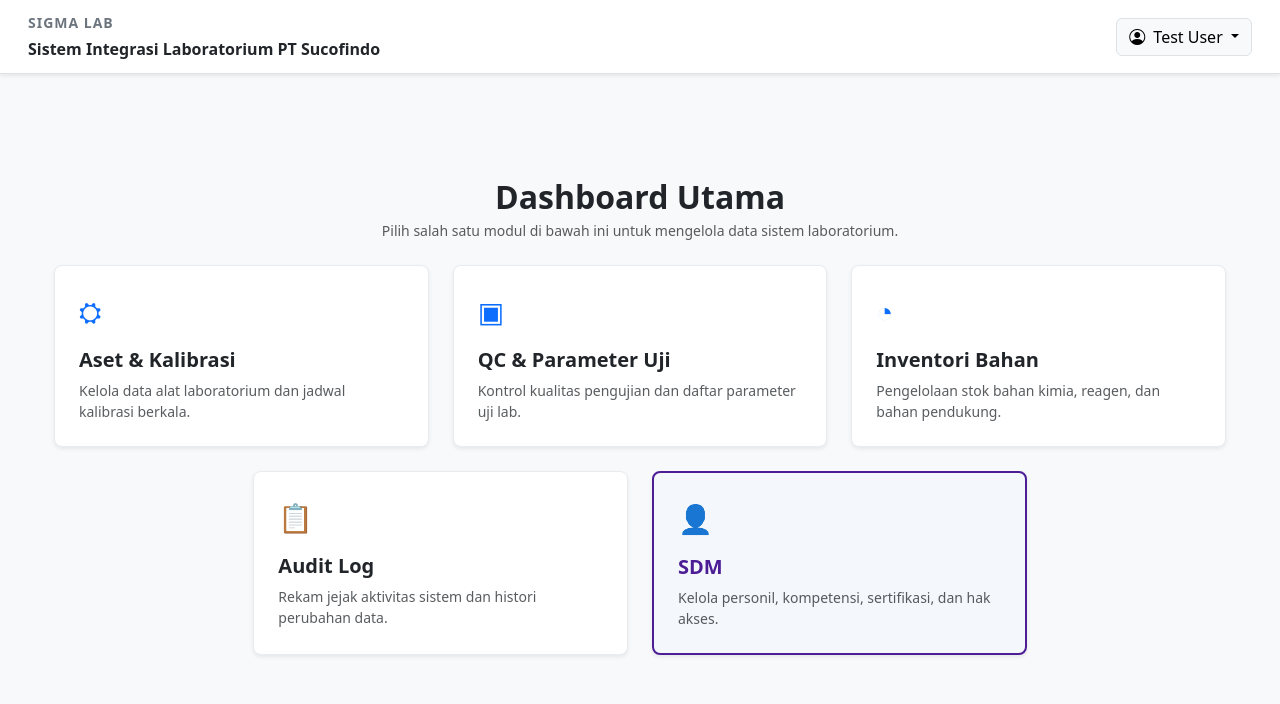
Repository: amelianeesa/sigmalab
Page: http://localhost/dashboard
An editor plug-in stored every save of this project. The page is shown before and after the next save, followed by the edit.
The browser window is 1280 px wide. The pictures show the whole page.
The page is served by the project's Laravel application, run on PHP 8.4 with Laravel 12. A made-up administrator, Test User (test@example.com), is signed in. Other server files are loaded and not shown.

Above is the page before, as saved 2026-08-06 11:55:29.

### routes/web.php
<?php

use Illuminate\Support\Facades\Route;
use App\Http\Controllers\AuthController;
use App\Http\Controllers\SdmController;

Route::get('/', [AuthController::class, 'showLogin']);
Route::get('/login', [AuthController::class, 'showLogin'])->name('login');
Route::post('/login', [AuthController::class, 'processLogin'])->name('login.process');

Route::get('/register', [AuthController::class, 'showRegister'])->name('register');
Route::post('/register', [AuthController::class, 'processRegister'])->name('register.process');

Route::post('/logout', [AuthController::class, 'logout'])->name('logout');

Route::middleware(['auth'])->group(function () {

    Route::get('/dashboard', function () {
        return view('dashboard-index');
    })->name('dashboard');

    Route::get('/sdm', [SdmController::class, 'index'])->name('sdm.index');
    Route::get('/sdm/create', [SdmController::class, 'create'])->name('sdm.create');
    Route::post('/sdm', [SdmController::class, 'store'])->name('sdm.store');
    Route::get('/sdm/{id}/edit', [SdmController::class, 'edit'])->name('sdm.edit');
    Route::put('/sdm/{id}', [SdmController::class, 'update'])->name('sdm.update');
    Route::delete('/sdm/{id}', [SdmController::class, 'destroy'])->name('sdm.destroy');
    Route::patch('/sdm/{id}/aktifkan', [SdmController::class, 'activate'])->name('sdm.activate');
    Route::delete('/sdm/{id}/permanen', [SdmController::class, 'forceDestroy'])->name('sdm.force-destroy');

    Route::get('/sdm/{id}/kompetensi', [SdmController::class, 'kompetensiDetail'])->name('sdm.kompetensi.detail');
    Route::post('/sdm/{id}/kompetensi', [SdmController::class, 'storeKompetensi'])->name('sdm.kompetensi.store');
    Route::put('/sdm/{id}/kompetensi/{kompetensiId}', [SdmController::class, 'updateKompetensi'])->name('sdm.kompetensi.update');
    Route::delete('/sdm/{id}/kompetensi/{kompetensiId}', [SdmController::class, 'destroyKompetensi'])->name('sdm.kompetensi.destroy');
    Route::get('/sdm/{id}/cv', [SdmController::class, 'showCv'])->name('sdm.cv');
});

### app/Models/User.php
<?php

namespace App\Models;

use Illuminate\Database\Eloquent\Factories\HasFactory;
use Illuminate\Foundation\Auth\User as Authenticatable;
use Illuminate\Notifications\Notifiable;

class User extends Authenticatable
{
    use HasFactory, Notifiable;

    protected $table = 'users';
    protected $primaryKey = 'users_id';

    protected $fillable = [
        'personil_id',
        'username',
        'email',
        'password',
        'role_id',
        'status_aktif',
    ];

    protected $hidden = [
        'password',
    ];

    public function personil()
    {
        return $this->belongsTo(Personil::class, 'personil_id', 'personil_id');
    }

    public function role()
    {
        return $this->belongsTo(Role::class, 'role_id', 'roles_id');
    }
}

### resources/views/dashboard-index.blade.php
@extends('layouts.app')

@section('content')
<div class="container-fluid px-4 py-4 sdm-theme">

    <!-- Header opsional -->
    <div class="mb-4 text-center">
        <h2 class="fw-bold mb-1">Dashboard Utama</h2>
        <p class="text-muted small">Pilih salah satu modul di bawah ini untuk mengelola data sistem laboratorium.</p>
    </div>

    <!-- Modul Tiles (Grid 3 kolom simetris) -->
    <div class="row g-4 justify-content-center">

        <!-- Aset & Kalibrasi -->
        <div class="col-12 col-sm-6 col-md-6 col-lg-4">
            <a href="#" class="text-decoration-none">
                <div class="card h-100 shadow-sm rounded-3 border border-light-subtle transition-card">
                    <div class="card-body p-4">
                        <div class="mb-3 module-icon text-primary">⛭</div>
                        <h5 class="fw-bold text-dark mb-2">Aset & Kalibrasi</h5>
                        <p class="text-muted small mb-0">Kelola data alat laboratorium dan jadwal kalibrasi berkala.</p>
                    </div>
                </div>
            </a>
        </div>

        <!-- QC & Parameter Uji -->
        <div class="col-12 col-sm-6 col-md-6 col-lg-4">
            <a href="#" class="text-decoration-none">
                <div class="card h-100 shadow-sm rounded-3 border border-light-subtle transition-card">
                    <div class="card-body p-4">
                        <div class="mb-3 module-icon text-primary">▣</div>
                        <h5 class="fw-bold text-dark mb-2">QC & Parameter Uji</h5>
                        <p class="text-muted small mb-0">Kontrol kualitas pengujian dan daftar parameter uji lab.</p>
                    </div>
                </div>
            </a>
        </div>

        <!-- Inventori Bahan -->
        <div class="col-12 col-sm-6 col-md-6 col-lg-4">
            <a href="#" class="text-decoration-none">
                <div class="card h-100 shadow-sm rounded-3 border border-light-subtle transition-card">
                    <div class="card-body p-4">
                        <div class="mb-3 module-icon text-primary">◔</div>
                        <h5 class="fw-bold text-dark mb-2">Inventori Bahan</h5>
                        <p class="text-muted small mb-0">Pengelolaan stok bahan kimia, reagen, dan bahan pendukung.</p>
                    </div>
                </div>
            </a>
        </div>

        <!-- Audit Log -->
        <div class="col-12 col-sm-6 col-md-6 col-lg-4">
            <a href="#" class="text-decoration-none">
                <div class="card h-100 shadow-sm rounded-3 border border-light-subtle transition-card">
                    <div class="card-body p-4">
                        <div class="mb-3 module-icon text-primary">📋</div>
                        <h5 class="fw-bold text-dark mb-2">Audit Log</h5>
                        <p class="text-muted small mb-0">Rekam jejak aktivitas sistem dan histori perubahan data.</p>
                    </div>
                </div>
            </a>
        </div>

        <!-- SDM Tile (Menu Utama) -->
        <div class="col-12 col-sm-6 col-md-6 col-lg-4">
            <a href="{{ route('sdm.index') }}" class="text-decoration-none">
                <div class="card h-100 shadow-sm rounded-3 border-2 transition-card sdm-highlight" style="background-color: var(--sdm-50);">
                    <div class="card-body p-4">
                        <div class="mb-3 module-icon sdm-icon">👤</div>
                        <h5 class="fw-bold mb-2 sdm-text">SDM</h5>
                        <p class="text-muted small mb-0">Kelola personil, kompetensi, sertifikasi, dan hak akses.</p>
                    </div>
                </div>
            </a>
        </div>

    </div>

</div>

<!-- CSS tambahan untuk efek transisi -->
<style>
    .transition-card {
        transition: transform 0.2s ease, box-shadow 0.2s ease;
    }
    .transition-card:hover {
        transform: translateY(-4px);
        box-shadow: 0 .5rem 1rem rgba(0,0,0,.1) !important;
    }
    .module-icon {
        font-size: 28px;
    }
</style>
@endsection

### resources/views/layouts/app.blade.php
<!DOCTYPE html>
<html lang="id">

<head>
    <meta charset="UTF-8">
    <title>Dashboard - SIGMALAB Sucofindo</title>
    <link href="https://cdn.jsdelivr.net/npm/bootstrap@5.3.0/dist/css/bootstrap.min.css" rel="stylesheet">
    <link href="https://cdn.jsdelivr.net/npm/bootstrap-icons@1.10.5/font/bootstrap-icons.css" rel="stylesheet">
    <style>
        body {
            background-color: #f8f9fa;
        }

        :root{
            --sdm-50: #f4f7fb;
            --sdm-500: #3c7ebd; /* fallback blue-ish */
            --sdm-600: #4c1d95; /* primary SDM purple used previously */
            --sdm-700: #2f1456;
        }

        #content {
            margin-left: 0;
            padding: 30px;
            padding-top: 80px; /* ensure content sits below sticky navbar */
        }

        .top-navbar {
            background: #fff;
            padding: 12px 28px;
            border-bottom: 1px solid #dee2e6;
            margin-left: 0;
            display: flex;
            justify-content: space-between;
            align-items: center;
            position: sticky;
            top: 0;
            z-index: 1020;
            min-height: 64px;
        }

        /* Prevent long/unexpected text from breaking header layout */
        .top-navbar .dropdown button {
            max-width: 220px;
            overflow: hidden;
            text-overflow: ellipsis;
            white-space: nowrap;
        }

        /* Make cards in dashboard more consistent and avoid overflow */
        .card.h-100 .card-body { min-height: 120px; }
        .card .card-body p { word-break: break-word; }
        /* Module card utilities */
        .module-card { transition: transform .12s ease, box-shadow .12s ease, border-color .12s ease; }
        .module-card:hover { transform: translateY(-4px); box-shadow: 0 12px 30px rgba(15,35,59,.08); }
        .sdm-highlight { border-color: var(--sdm-600) !important; }

        /* SDM theme helpers */
        .sdm-text { color: var(--sdm-600) !important; }
        .sdm-btn { background: var(--sdm-600); border-color: var(--sdm-600); color: #fff; }
        .sdm-border { border-color: rgba(76,29,149,0.12); }
    </style>
</head>

<body>
    <!-- Sidebar removed: content now full-width -->

    <div class="top-navbar shadow-sm">
        <div>
            <span class="text-uppercase text-secondary fs-7 fw-bold d-block mb-1" style="font-size: 14px; letter-spacing: 1px;">SIGMA LAB</span>
            <div class="mb-0 fw-bold">Sistem Integrasi Laboratorium PT Sucofindo</div>
        </div>
        <div class="dropdown">
            <button class="btn btn-light dropdown-toggle border" type="button" data-bs-toggle="dropdown" title="Profil">
                <i class="bi bi-person-circle me-1"></i> {{ Auth::user()->name ?? Auth::user()->username ?? 'Pengguna' }}
            </button>
            <ul class="dropdown-menu dropdown-menu-end">
                <li>
                    <form action="{{ route('logout') }}" method="POST">
                        @csrf
                        <button type="submit" class="dropdown-item text-danger"><i
                                class="bi bi-box-arrow-right me-2"></i> Logout</button>
                    </form>
                </li>
            </ul>
        </div>
    </div>

    <div id="content">
        @yield('content')
    </div>

    <script src="https://cdn.jsdelivr.net/npm/bootstrap@5.3.0/dist/js/bootstrap.bundle.min.js"></script>
</body>

</html>

After the next save:
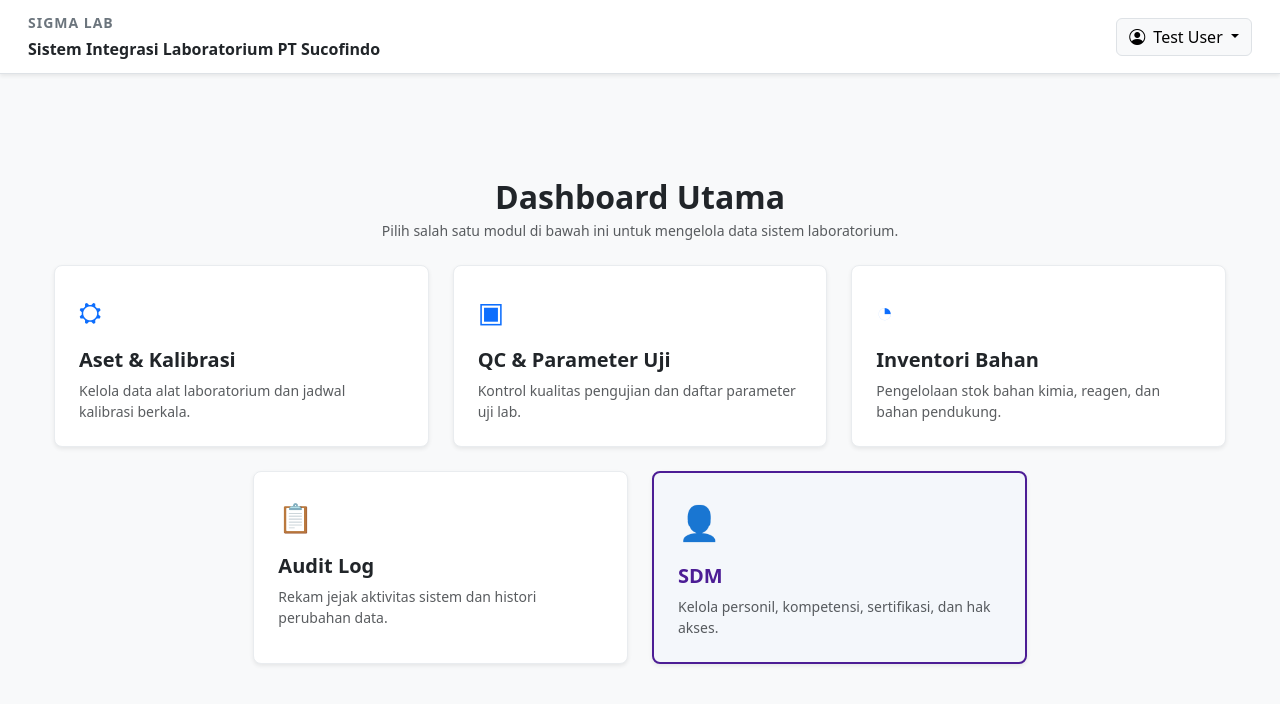
Saved 4 s later.
--- a/resources/views/dashboard-index.blade.php
+++ b/resources/views/dashboard-index.blade.php
@@ -92,6 +92,8 @@
     }
     .module-icon {
         font-size: 28px;
+        color: var(--sdm-600);
     }
+    .sdm-icon { font-size: 34px; color: var(--sdm-600); }
 </style>
 @endsection
